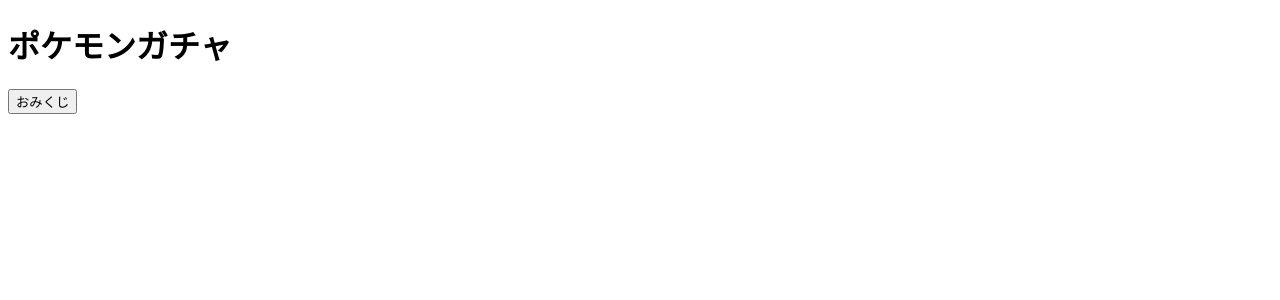
Repository: KustomApe/ksie
Page: index.html
These files come from the project's save history. The page is drawn as it stood at one moment and after the next save; the edit follows.
The browser window is 1280 px wide. The pictures show the whole page.
After loading, the first visible `input` was clicked once.

Above is the page before, as saved 2020-11-22 11:32:26.
Console error: ReferenceError: selected is not defined

### index.html
<!DOCTYPE html>
<html lang="ja">
<head>
    <meta charset="UTF-8">
    <meta name="viewport" content="width=device-width, initial-scale=1.0">
    <title>Document</title>
    <link rel="stylesheet" type="text/css" href="./assets/css/style.css">
    <script type="text/javascript" src="./assets/js/omikuji.js"></script>
</head>
<body>
    <h1>ポケモンガチャ</h1>
    <form><input type="button" value="おみくじ" onClick="omikuji()"></form>
    <p id='pokemon_elect'></p>
</body>
</html>

### assets/css/style.css
p.pokemon_elect {
    width: 100%;
    height: 150px;
    font-size: 14px;
    color: #333;
}

### assets/js/omikuji.js
function omikuji() {
    pokemon = new Array('ポケモン1', 'ポケモン2', 'ポケモン3');
    randomnum = Math.round(Math.random()*100)
    elect = 'ポケモン変数'
    if (randomnum > 50) {
        selected = 'ポケモン2';
    } else {
        msg = 'ポケモン3'
    };
    console.log(selected);
    para = document.getElementById('pokemon_elect');
    para.innerHTML = selected;
}

After the next save:
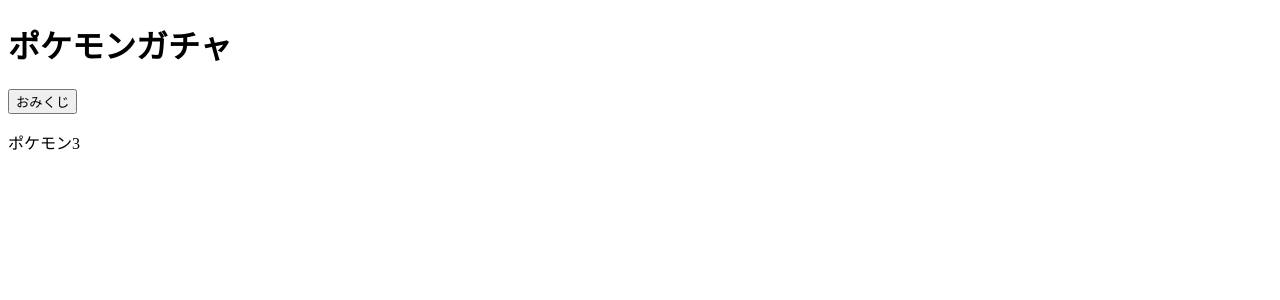
The error is gone.
Saved 33 s later.
--- a/assets/js/omikuji.js
+++ b/assets/js/omikuji.js
@@ -5,7 +5,7 @@
     if (randomnum > 50) {
         selected = 'ポケモン2';
     } else {
-        msg = 'ポケモン3'
+        selected = 'ポケモン3'
     };
     console.log(selected);
     para = document.getElementById('pokemon_elect');
